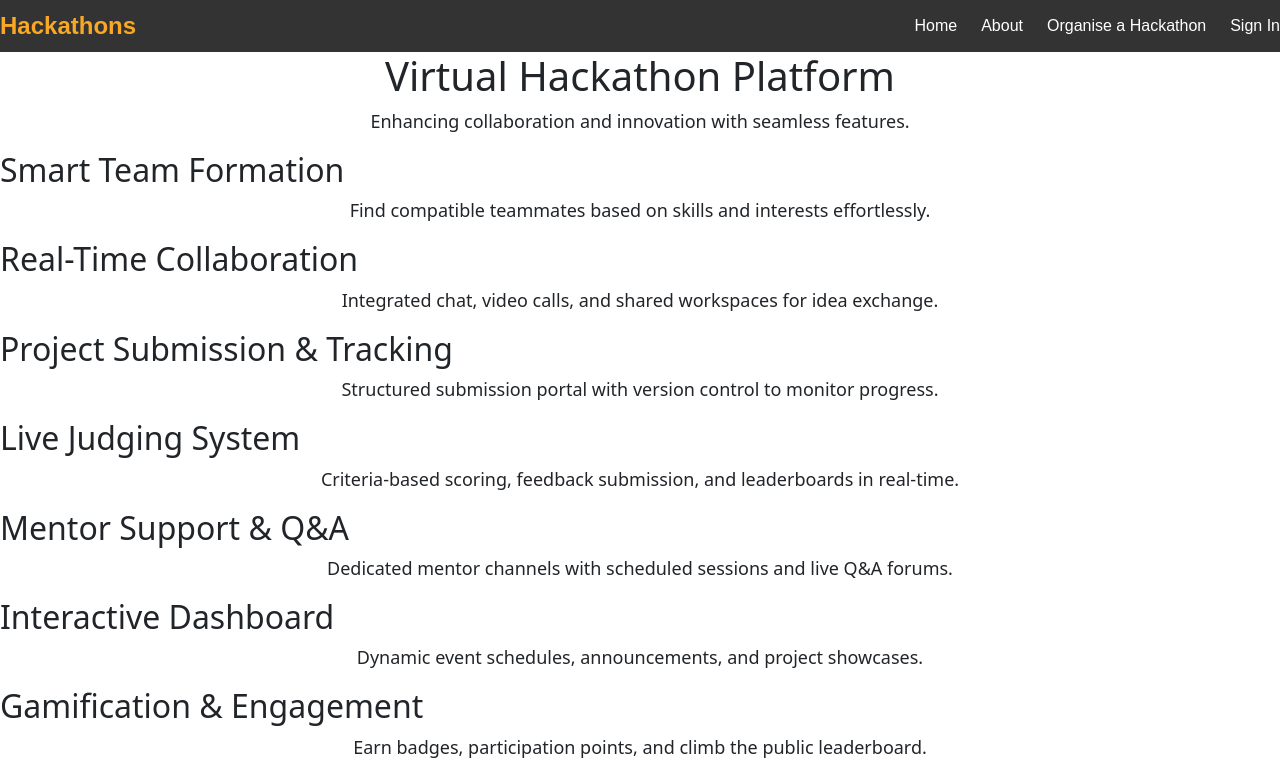
Repository: Ken-Kanike/RUBIX25_41_TECHTITANS
Page: / (app in backend/client/)
These files come from the project's save history. The page is drawn as it stood at one moment and after the next save; the edit follows.
The browser window is 1280 px wide. The pictures show the whole page.
The project was rebuilt for these pictures with package versions that can differ from the ones it lists, and the page was loaded fresh each time. Also part of the build but not shown: backend/client/src/signin.css, backend/client/src/signin.js.

Above is the page before, as saved 2025-01-23 00:51:54.

After the next save:
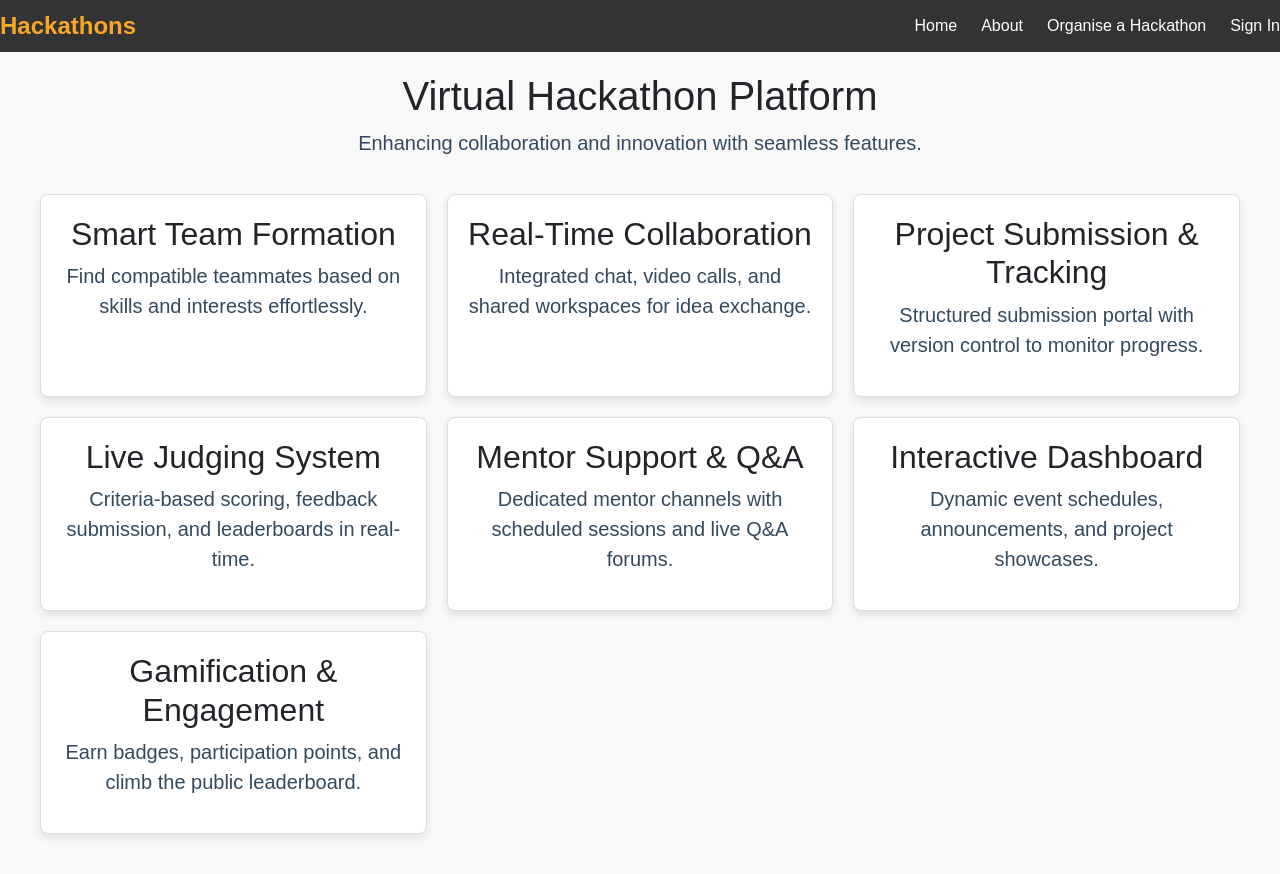
Saved 10 s later.
--- a/backend/client/src/homepage.css
+++ b/backend/client/src/homepage.css
@@ -1,9 +1,42 @@
-/* src/HomePage.css */
+/* Overall container styling */
+.homepage-container {
+    font-family: Arial, sans-serif;
+    padding: 20px;
+    text-align: center;
+    background-color: #f9f9f9;
+}
+
+/* Header styling */
 h1 {
-    color: blue;
-    text-align: center;
+    color: #2c3e50;
+    font-size: 36px;
+    margin-bottom: 10px;
 }
+
 p {
-    font-size: 18px;
-    text-align: center;
+    font-size: 20px;
+    color: #34495e;
+    margin-bottom: 20px;
 }
+
+/* Features section */
+.features-section {
+    display: grid;
+    grid-template-columns: repeat(auto-fit, minmax(300px, 1fr));
+    gap: 20px;
+    padding: 20px;
+}
+
+/* Individual feature box */
+.feature-box {
+    background-color: #ffffff;
+    border: 1px solid #ddd;
+    border-radius: 8px;
+    padding: 20px;
+    box-shadow: 0 4px 8px rgba(0, 0, 0, 0.1);
+    transition: transform 0.3s ease, box-shadow 0.3s ease;
+}
+
+.feature-box:hover {
+    transform: translateY(-5px);
+    box-shadow: 0 8px 16px rgba(0, 0, 0, 0
